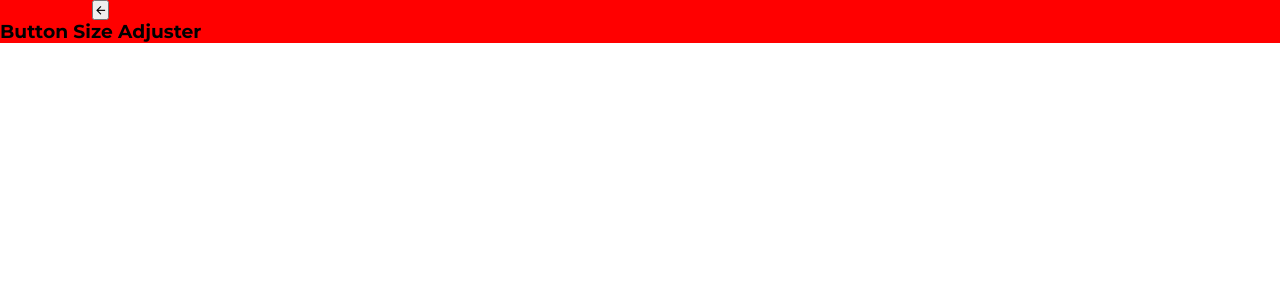
Repository: EguJaredoBoyd/Jared-Counter-App
Page: settings.html
An editor plug-in stored every save of this project. The page is shown before and after the next save, followed by the edit.
The browser window is 1280 px wide. The pictures show the whole page.

Above is the page before, as saved 2025-12-03 14:30:50.
Console error: TypeError: Cannot set properties of null (setting 'textContent')

### settings.html
<!DOCTYPE html>
<html lang="en">

<head>
    <meta charset="UTF-8">
    <meta name="viewport" content="width=device-width, initial-scale=1.0">
    <title>Document</title>
    <link rel="preconnect" href="https://fonts.googleapis.com">
    <link rel="preconnect" href="https://fonts.gstatic.com" crossorigin>
    <link href="https://fonts.googleapis.com/css2?family=Montserrat:ital,wght@0,100..900;1,100..900&display=swap"
        rel="stylesheet">
    <link href="https://cdn.jsdelivr.net/npm/remixicon@4.2.0/fonts/remixicon.css" rel="stylesheet">
    <link rel="stylesheet" href="style.css">
    <script src="script.js" defer></script>
    <script src="toggle-script.js" defer></script>
</head>

<body>
    <header>
        <div class="header__div--adjuster">
            <a href="index.html"><button><i class="ri-arrow-left-line"></i></button></a>
            <h3>Button Size Adjuster</h3>
        </div>
    </header>

</body>

</html>

### style.css
* {
    padding: 0;
    margin: 0;
    box-sizing: border-box;
    font-family: "Montserrat", sans-serif;

}

:root {
    --primary-color: #0d1b2a;
    --secondary-color: #e0e1dd;
}

body {
    display: flex;
    flex-direction: column;
    height: 100vh;
    justify-content: space-between;
}

header {
    display: flex;
    justify-content: space-between;
    background-color: red;
}

.header__button__ul--toggle-list {
    background-color: pink;
    position: absolute;
    top: 0;
    right: 0;
    width: 100%;
    height: 100vh;
    transform: translateX(100%);
    opacity: 0;
    pointer-events: none;
    transition: all 2s ease-in-out;
}

.header__button__ul--toggle-list.show {
    transform: translateX(0);
    opacity: 1;
    pointer-events: auto;
    animation: slideIn 3s;
    animation-fill-mode: forwards;
}

@keyframes slideIn {
    from {
        background-color: pink;
    }

    to {
        background-color: green;
    }

}

.header__div__ul--header {
    display: flex;
    justify-content: space-between;
    background-color: yellow;
}

li {
    display: flex;
    justify-content: space-between;
    margin: 1rem 1.5rem;
    gap: 5rem;
    background-color: skyblue;
}

.li__div--content {
    text-justify: inter-word;
    background-color: orange;
    width: 100%;
    max-width: 40%;
}

main {
    text-align: center;
    background-color: blue;
}

/* The settings style */
.header__div--adjuster {
    text-align: center;
}

footer {
    text-align: center;
    background-color: green;
}

### script.js
//Get the last number clicked
let numberCount = Number(localStorage.getItem('increment')) || 0;

//Get last button clicked once the browser loads
let savedColor = localStorage.getItem('color');
let savedColor2 = localStorage.getItem('color2');
let savedColor3 = localStorage.getItem('color3')

let numberIncrement = document.querySelector('#increment');
let numberDecrement = document.getElementById('decrement');
let numberReset = document.querySelector('#reset');
let startCount = document.getElementById('start-count');

//Loads the the page with the last clicked number
startCount.textContent = numberCount;

//Uses the saved colour as a variable for the string 'red'
if (savedColor) {
    numberIncrement.style.backgroundColor = savedColor;
}
if (savedColor2) {
    numberDecrement.style.backgroundColor = savedColor2
}
if (savedColor3) {
    numberReset.style.backgroundColor = savedColor3;
}



numberIncrement.addEventListener('click', () => {
    let incrementColor = numberIncrement.style.backgroundColor = 'red';

    //Reset the other button colours
    numberDecrement.style.background = '';
    numberReset.style.background = '';

    //Save the color so it reminds user of last button clicked
    localStorage.setItem('color', incrementColor)
    //Remove colour storage for other buttons
    localStorage.removeItem('color2')
    localStorage.removeItem('color3')

    let counting = startCount.textContent = numberCount += 1;
    if (counting > 0) {
        startCount.style.color = 'green'
    }
    else if (counting === 0) {
        startCount.style.color = 'black';
    }
    if (numberCount < 0) {
        startCount.style.color = 'red'
    }

    //Save the number count to the localStorage
    localStorage.setItem('increment', numberCount);

})
numberDecrement.addEventListener('click', () => {
    let decrementColor = numberDecrement.style.backgroundColor = 'yellow';

    //Reset the other button colours
    numberIncrement.style.backgroundColor = '';
    numberReset.style.backgroundColor = '';

    //Save the color so it reminds user of last button clicked
    localStorage.setItem('color2', decrementColor)
    //Remove colour storage for other buttons
    localStorage.removeItem('color');
    localStorage.removeItem('color3')

    let negativeCounting = startCount.textContent = numberCount -= 1;
    if (negativeCounting < 0) {
        startCount.style.color = 'red'
    }
    else if (negativeCounting === 0) {
        startCount.style.color = 'black'
    }
    localStorage.setItem('increment', numberCount);
})
numberReset.addEventListener('click', () => {
    let resetColor = numberReset.style.backgroundColor = 'Blue';

    //Reset the other button colours
    numberIncrement.style.backgroundColor = '';
    numberDecrement.style.backgroundColor = '';

    //Save the color so it reminds user of last button clicked
    localStorage.setItem('color3', resetColor)
    //Remove colour storage for other buttons
    localStorage.removeItem('color');
    localStorage.removeItem('color2');

    let resetCounting = startCount.textContent = numberCount = 0;
    if (resetCounting === 0) {
        startCount.style.color = 'black'
    }
    localStorage.setItem('increment', numberCount);
})

### toggle-script.js
//Target the toggle button
let toggleButton = document.getElementById('toggle-button');
let toggleList = document.getElementById('toggle-list');
let toggleButtonClose = document.getElementById('toggle-button-close');

//Targe the button for settings
let settingsButton = document.querySelector('#settings-button');

//Toggle the button to show the list
toggleButton.addEventListener('click', () => {
    toggleList.classList.toggle('show');
})

//Toggle the close button to remove list
toggleButtonClose.addEventListener('click', () => {
    toggleList.classList.toggle('show');
})

//Click and toggle the settings button to slide in settings page

After the next save:
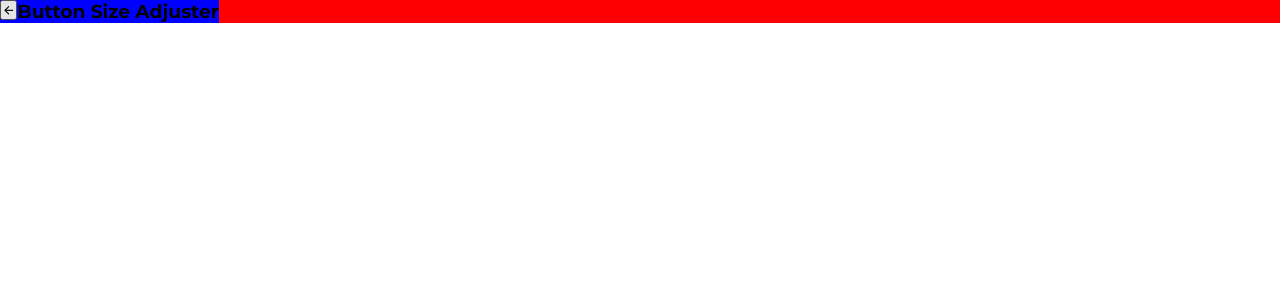
Saved 29 s later.
--- a/style.css
+++ b/style.css
@@ -84,7 +84,9 @@ main {
 
 /* The settings style */
 .header__div--adjuster {
+    display: flex;
     text-align: center;
+    background-color: blue;
 }
 
 footer {
